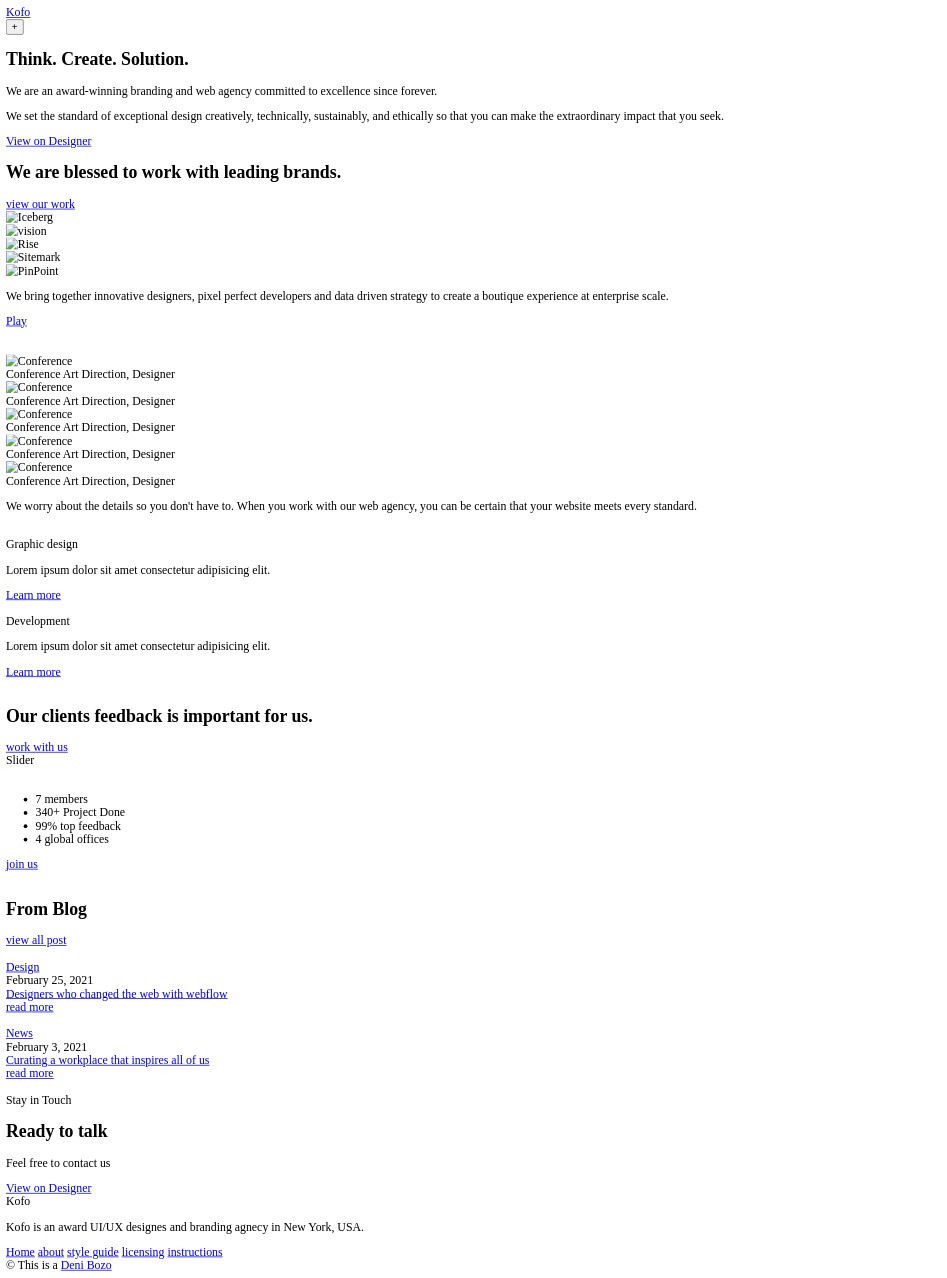
Repository: debthebuilder/kofo
Page: index.html
The author's editor kept a copy of each file at every save. The page is drawn from the files as they stood at one save, then again after the next save.
The browser window is 1280 px wide. The pictures show the whole page, at 74% of full size.

Above is the page before, as saved 2022-10-13 12:09:03.

After the next save:
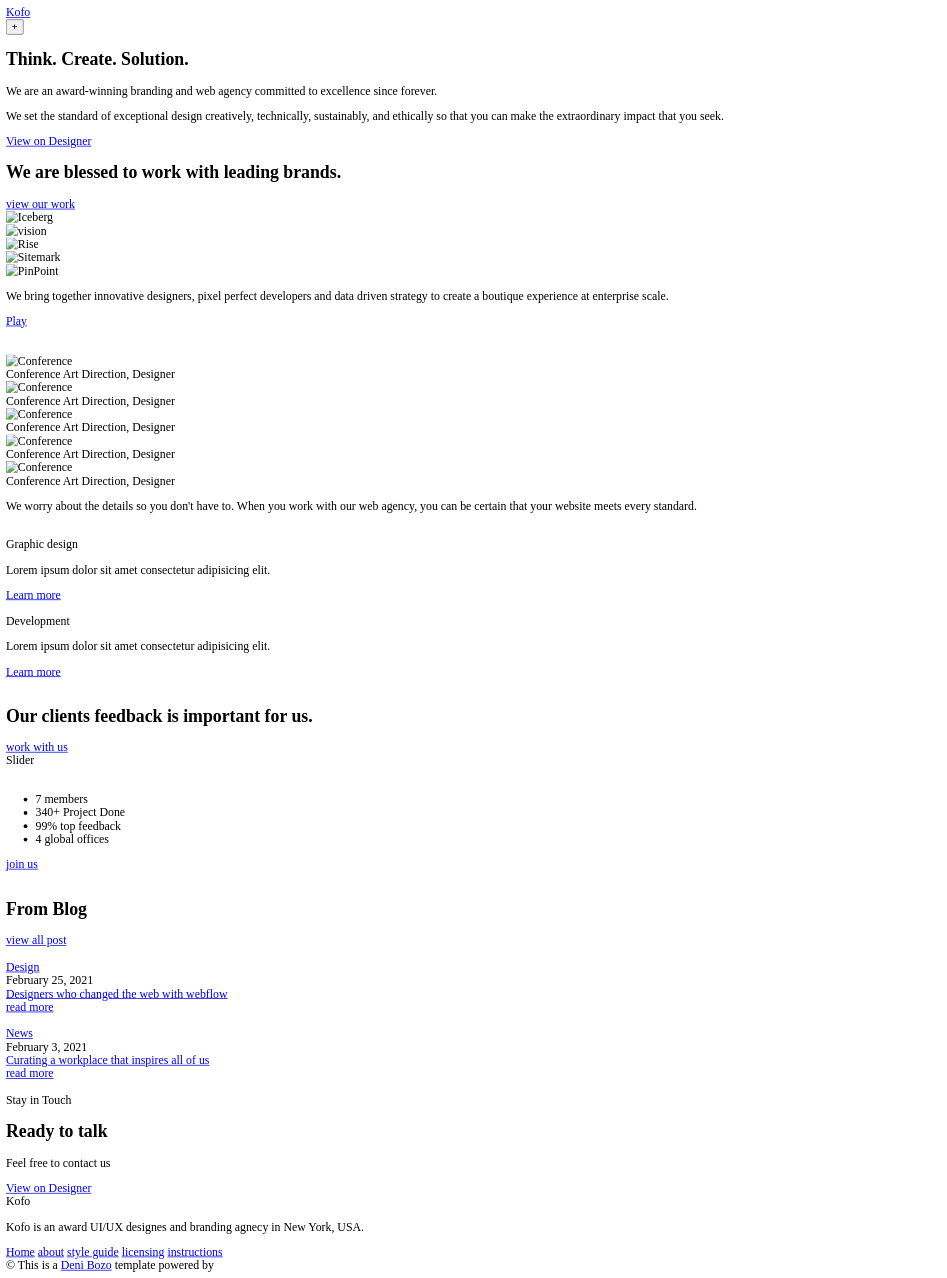
Saved 7 s later.
--- a/index.html
+++ b/index.html
@@ -278,7 +278,7 @@
                     <a href="index.html" class="footer-link">instructions</a>
                 </div>
                 <div class="copyright">
-                    <span>&copy; This is a <a href="#" target="_blank">Deni Bozo</a></span>
+                    <span>&copy; This is a <a href="#" target="_blank">Deni Bozo</a> template powered by</span>
                 </div>
             </div>
             <div class="col"></div>
